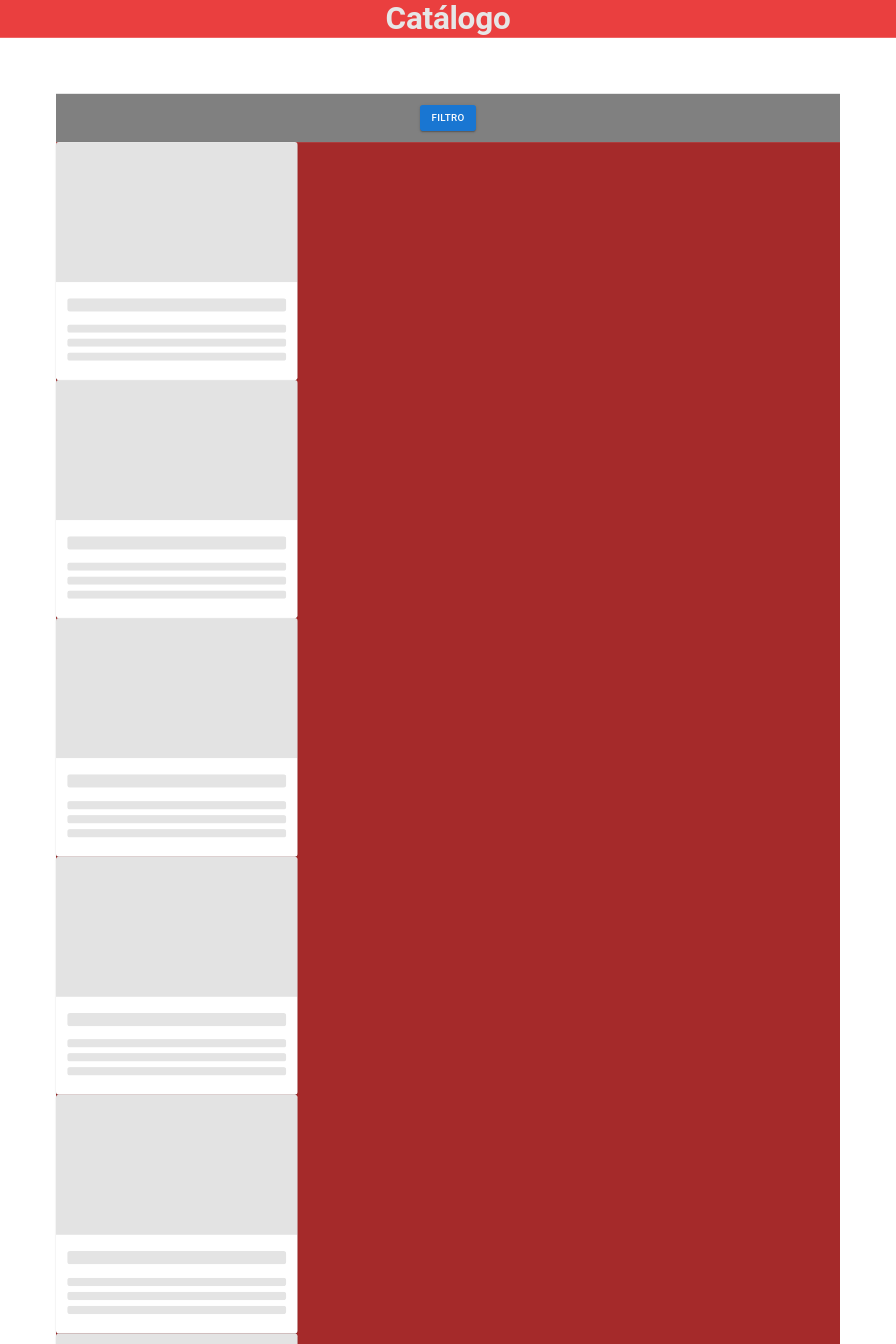
Repository: lenx0/PokeWiki-Front
Page: /
An editor plug-in stored every save of this project. The page is shown before and after a run of saves, followed by the edit.
The browser window is 1280 px wide. The pictures show the part of the page from y = 0 to 1920 px (the page is 4456 px tall before and 4328 px after), at 70% of full size.
The page's requests for data from a server got no answer. The project was rebuilt for these pictures with package versions that can differ from the ones it lists, and the page was loaded fresh each time. The framework's server and built-in components were replaced by stand-ins that run in the browser. No one was signed in, and anything a server would have sent is missing. Also part of the build but not shown: next.config.mjs.

Above is the page before, as saved 2024-02-17 12:26:49.

After the next 2 saves:
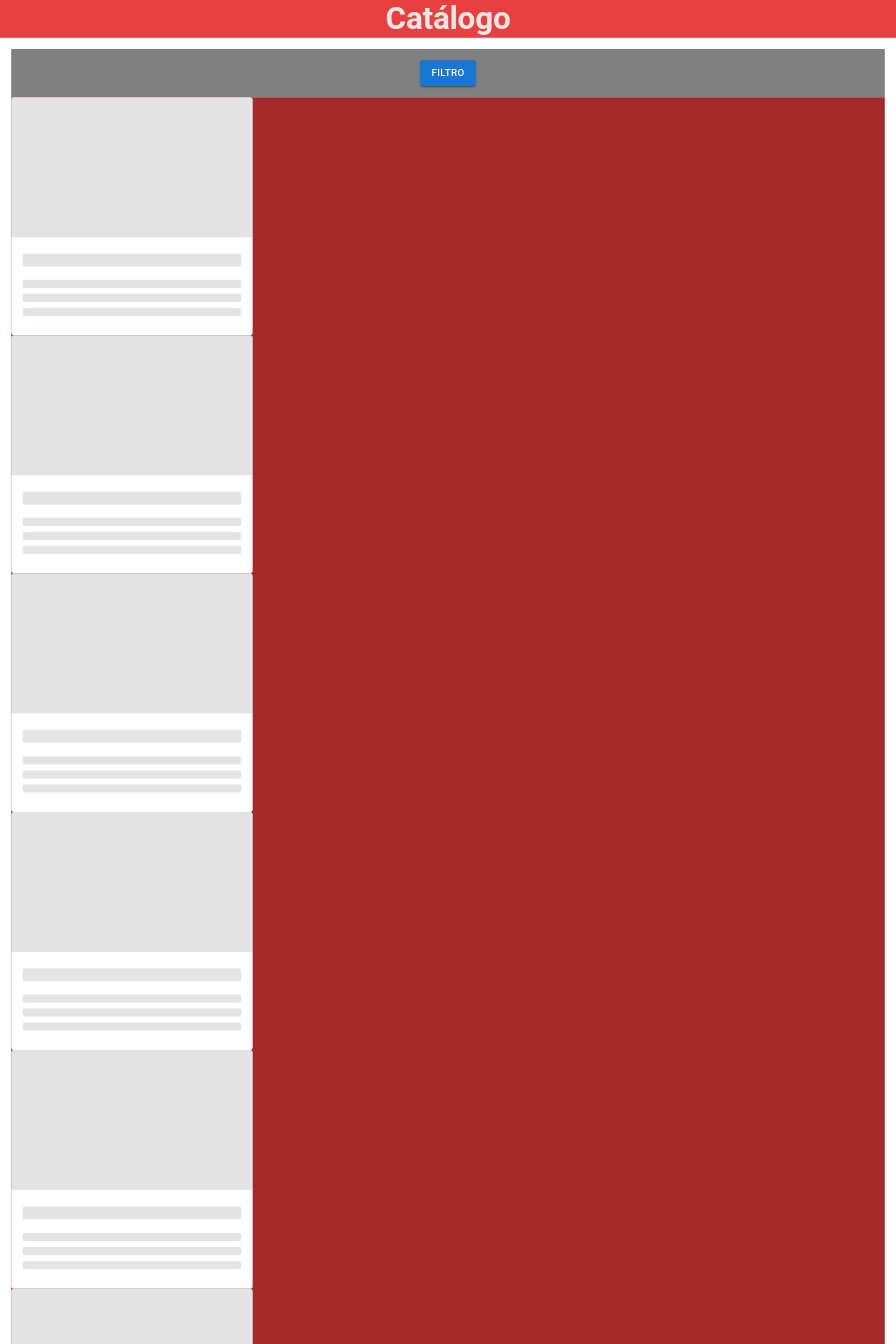
The 2 saves are shown as one change because they came seconds apart.
The last was saved 10 s later.
--- a/src/app/pages/PokemonList/page.jsx
+++ b/src/app/pages/PokemonList/page.jsx
@@ -14,7 +14,7 @@ export default function PokemonList() {
           Catálogo
         </Typography>
       </Grid>
-      <Grid padding={10}>
+      <Grid padding={2}>
         <Cards />
       </Grid>
     </>
